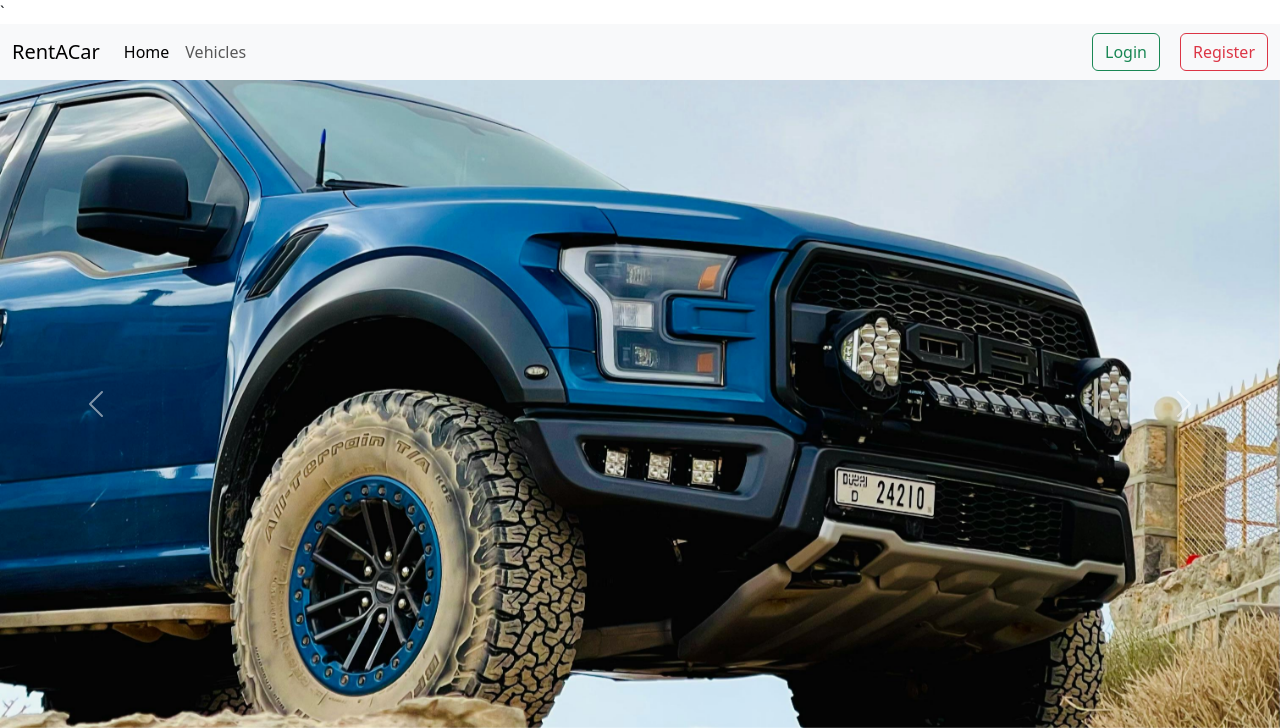
Repository: VimashaVishvani/VehicleRental
Page: http://localhost/Vehicle_rentalDb/
The author's editor kept a copy of each file at every save. The page is drawn from the files as they stood at one save, then again after the next save.
The browser window is 1280 px wide. The pictures show the whole page.
The page is served by Tomcat 9. Other server files are loaded and not shown.

Above is the page before, as saved 2024-05-04 19:13:21.

### Vehicle_rentalDb/src/main/webapp/index.jsp
<%@ page language="java" contentType="text/html; charset=ISO-8859-1"
    pageEncoding="ISO-8859-1"%>
<!DOCTYPE html>
<html>
<head>
  <link href="https://cdn.jsdelivr.net/npm/bootstrap@5.3.3/dist/css/bootstrap.min.css" rel="stylesheet" integrity="sha384-QWTKZyjpPEjISv5WaRU9OFeRpok6YctnYmDr5pNlyT2bRjXh0JMhjY6hW+ALEwIH" crossorigin="anonymous">
` <script src="https://cdn.jsdelivr.net/npm/bootstrap@5.3.3/dist/js/bootstrap.bundle.min.js" integrity="sha384-YvpcrYf0tY3lHB60NNkmXc5s9fDVZLESaAA55NDzOxhy9GkcIdslK1eN7N6jIeHz" crossorigin="anonymous"></script>
<meta charset="ISO-8859-1">
<title>Insert title</title>


<style>
.courosalImages{
		height:90vh;
		object-fit:cover;
}

</style>
</head>
<body  style="padding-top:0;">

<nav class="navbar navbar-expand-lg bg-body-tertiary" style="margine-top:-5%;">
  <div class="container-fluid">
    <a class="navbar-brand" href="#">RentACar</a>
    <button class="navbar-toggler" type="button" data-bs-toggle="collapse" data-bs-target="#navbarSupportedContent" aria-controls="navbarSupportedContent" aria-expanded="false" aria-label="Toggle navigation">
      <span class="navbar-toggler-icon"></span>
    </button>
    <div class="collapse navbar-collapse" id="navbarSupportedContent">
      <ul class="navbar-nav me-auto mb-2 mb-lg-0">
        <li class="nav-item">
          <a class="nav-link active" aria-current="page" href="#">Home</a>
        </li>
        <li class="nav-item">
          <a class="nav-link" href="#">Vehicles</a>
        </li>

      </ul>

      <button class="btn btn-outline-success" type="submit" style="margin-right:20px;">Login</button>

        <button class="btn btn-outline-danger"  s type="submit">Register</button>
    </div>
  </div>
</nav>


<div id="carouselExample" class="carousel slide">
  <div class="carousel-inner">
    <div class="carousel-item active">
      <img src="images/landingPage/1.jpg" class="d-block w-100 courosalImages" alt="...">
    </div>
    <div class="carousel-item">
      <img src="images/landingPage/2.jpg" class="d-block w-100 courosalImages" alt="...">
    </div>
    <div class="carousel-item">
      <img src="images/landingPage/3.jpg" class="d-block w-100 courosalImages" alt="...">
    </div>
  </div>
  <button class="carousel-control-prev" type="button" data-bs-target="#carouselExample" data-bs-slide="prev">
    <span class="carousel-control-prev-icon" aria-hidden="true"></span>
    <span class="visually-hidden">Previous</span>
  </button>
  <button class="carousel-control-next" type="button" data-bs-target="#carouselExample" data-bs-slide="next">
    <span class="carousel-control-next-icon" aria-hidden="true"></span>
    <span class="visually-hidden">Next</span>
  </button>
</div>




</body>
</html>

After the next save:
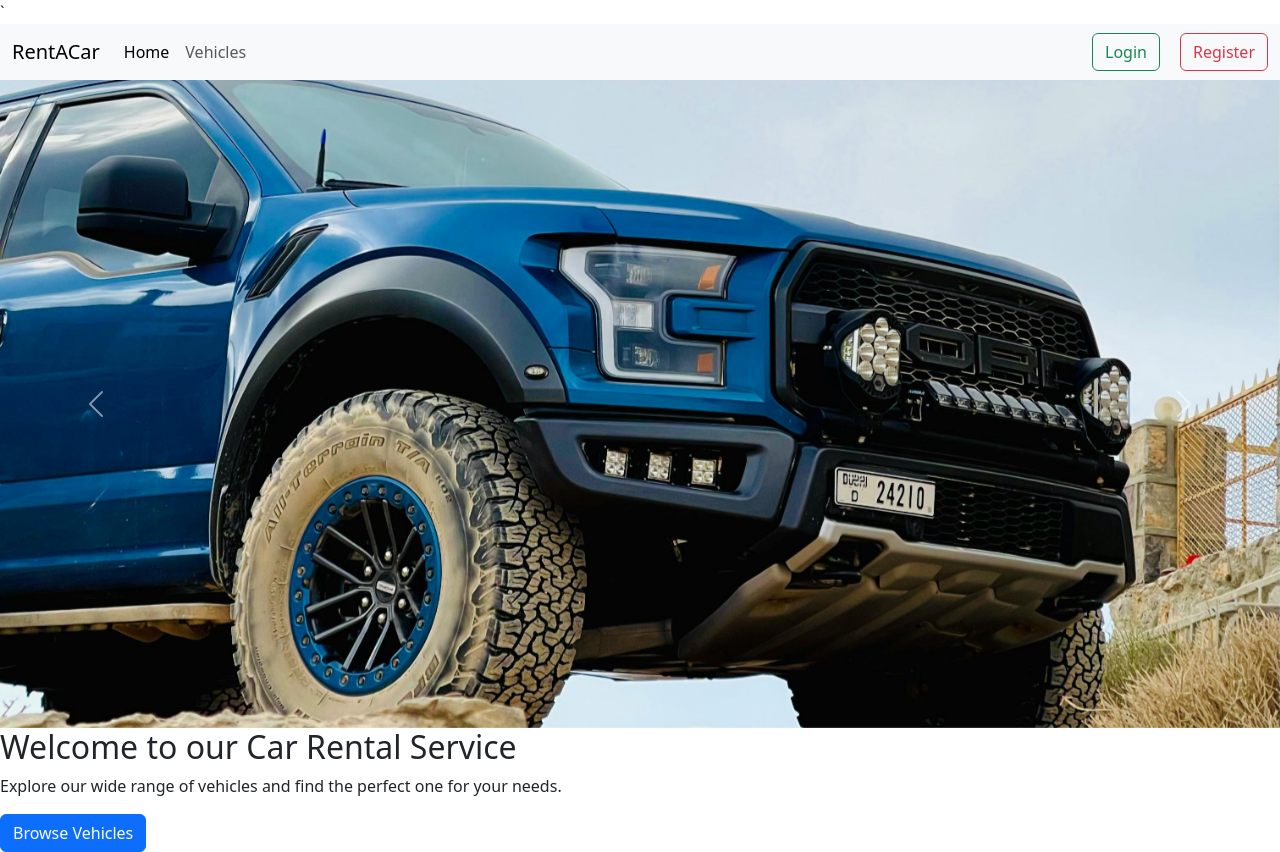
Saved 85 s later.
--- a/Vehicle_rentalDb/src/main/webapp/index.jsp
+++ b/Vehicle_rentalDb/src/main/webapp/index.jsp
@@ -66,6 +66,11 @@
   </button>
 </div>
 
+<div class="overlay-content">
+    <h2>Welcome to our Car Rental Service</h2>
+    <p>Explore our wide range of vehicles and find the perfect one for your needs.</p>
+    <a href="#" class="btn btn-primary">Browse Vehicles</a>
+  </div>
 
 
 
